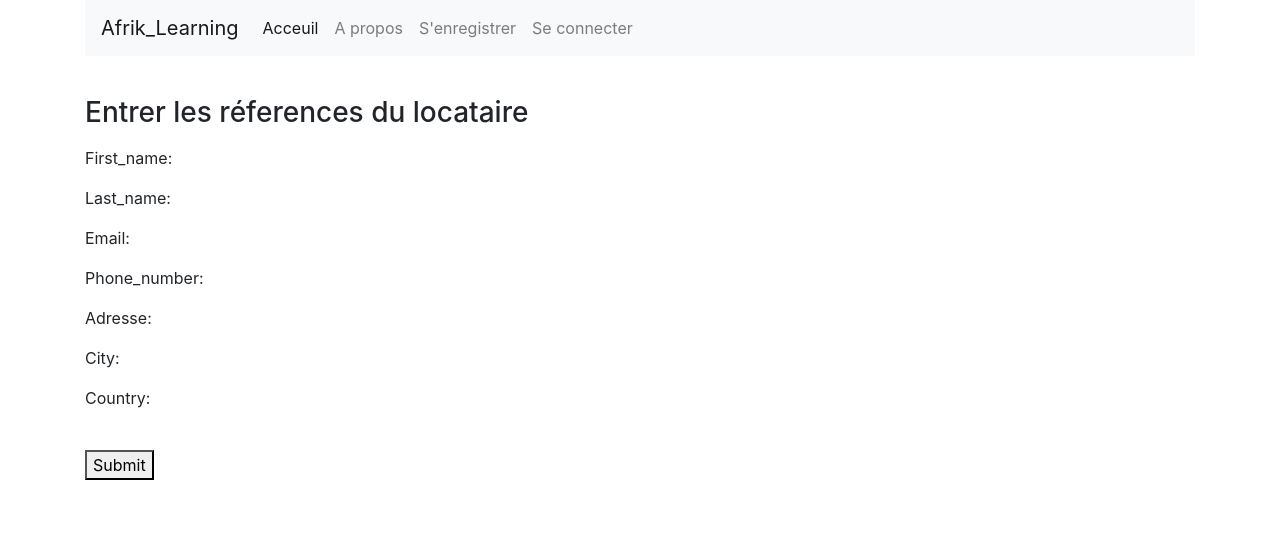
Repository: ZombreChristian/Di-Bootcamp
Page: http://localhost/
These files come from the project's save history. The page is drawn as it stood at one moment and after the next save; the edit follows.
The browser window is 1280 px wide. The pictures show the whole page.
Some web libraries are served in a nearby version. The page is served by the project's application, run on Django 4.2 (manage.py). Other server files are loaded and not shown.

Above is the page before, as saved 2023-01-06 16:54:47.

### Week-8/Day-5/exercice/Mini-projet/rent/templates/rent/ajoutclient.html
{% extends "base.html" %}
{% block content %}

<form method="POST" action="/index">
    {% csrf_token %}
    <div>
        <br>
        <p>
            <h3>Entrer les réferences du locataire</h3>
        </p>
        <div>
            <p>First_name:</p>{{form.}}
        </div>
        <div>
            <p>Last_name:</p>{{ form.prenom }}
        </div>
        <div>
            <p>Email:</p>{{ form.age }}
        </div>
        <div>
            <p>Phone_number:</p>{{ form.adresse }}
        </div>
        <div>
            <p>Adresse:</p>{{ form.locataireLoyer }}
        </div>
        <div>
            <p>City:</p>{{ form.locataireLoyer }}
        </div>
        <div>
            <p>Country:</p>{{ form.locataireLoyer }}
        </div>
        <div>
            <br>
            <button type="submit">Submit</button>
        </div>
    </div>
</form>


{% endblock content %}

### Week-8/Day-5/exercice/Mini-projet/rent/templates/base.html
<!DOCTYPE html>
<html lang="en">
<head>
    <link rel="stylesheet" href="https://cdn.jsdelivr.net/npm/bootstrap@4.0.0/dist/css/bootstrap.min.css" integrity="sha384-Gn5384xqQ1aoWXA+058RXPxPg6fy4IWvTNh0E263XmFcJlSAwiGgFAW/dAiS6JXm" crossorigin="anonymous">
    <meta charset="UTF-8">
    <meta http-equiv="X-UA-Compatible" content="IE=edge">
    <meta name="viewport" content="width=device-width, initial-scale=1.0">
    <title>Vente</title>
</head>
<body>
    <div class="container">
        <div class="row">
            <div class="col-md-12">
                <nav class="navbar navbar-expand-md navbar-light bg-light">
                    <a class="navbar-brand" href="#">Afrik_Learning</a>
                    <button class="navbar-toggler" type="button" data-toggle="collapse" data-target="#navbarNav" aria-controls="navbarNav" aria-expanded="false" aria-label="Toggle navigation">
                      <span class="navbar-toggler-icon"></span>
                    </button>
                    <div class="collapse navbar-collapse" id="navbarNav">
                      <ul class="navbar-nav">
                        <li class="nav-item active">
                          <a class="nav-link" href="#">Acceuil <span class="sr-only">(current)</span></a>
                        </li>
                        <li class="nav-item">
                          <a class="nav-link" href="#">A propos</a>
                        </li>
                        <li class="nav-item">
                          <a class="nav-link" href="#">S'enregistrer</a>
                        </li>
                        <li class="nav-item">
                          <a class="nav-link" href="#">Se connecter</a>
                        </li>
                        {% if user.is_authenticated  %}
                          <li class="nav-item">
                            <a class="nav-link" href="#">Lougout</a>
                          </li>
                        {% endif %}
                         <li class="nav-item">
                          <a class="nav-link" href="#">{{request.user.username}}</a>
                        </li>

                      </ul>
                    </div>
                  </nav>

            </div>
        </div>
        {% block content %}

        {% endblock content %}

    </div>







    <script src="https://code.jquery.com/jquery-3.2.1.slim.min.js" integrity="sha384-KJ3o2DKtIkvYIK3UENzmM7KCkRr/rE9/Qpg6aAZGJwFDMVNA/GpGFF93hXpG5KkN" crossorigin="anonymous"></script>
<script src="https://cdn.jsdelivr.net/npm/popper.js@1.12.9/dist/umd/popper.min.js" integrity="sha384-ApNbgh9B+Y1QKtv3Rn7W3mgPxhU9K/ScQsAP7hUibX39j7fakFPskvXusvfa0b4Q" crossorigin="anonymous"></script>
<script src="https://cdn.jsdelivr.net/npm/bootstrap@4.0.0/dist/js/bootstrap.min.js" integrity="sha384-JZR6Spejh4U02d8jOt6vLEHfe/JQGiRRSQQxSfFWpi1MquVdAyjUar5+76PVCmYl" crossorigin="anonymous"></script>
</body>
</html>

### Week-8/Day-5/exercice/Mini-projet/rent/forms.py
from django import forms
from rent.models import Client, Vehicule, TypeVehicule, TailleVehicule , Location , TarifLocation


class ClientForm(forms.ModelForm):

    class Meta:
        model = Client
        fields = '__all__'


class VehiculeForm(forms.ModelForm):

    class Meta:
        model = Vehicule
        fields = '__all__'


class LocationForm(forms.ModelForm):

    class Meta:
        model = Location
        fields = '__all__'

### Week-8/Day-5/exercice/Mini-projet/rent/models.py
from django.db import models

# Create your models here.

class Client(models.Model):
    first_name = models.CharField(max_length=100)
    last_name = models.CharField(max_length=150)
    email = models.CharField(max_length=50)
    phone_number = models.IntegerField()
    address = models.TextField(max_length=50)
    city = models.CharField(max_length=50)
    country = models.CharField(max_length=50)

    def __str__(self):
        return self.first_name

    class Meta:
        ordering = ['first_name','last_name']




class TypeVehicule(models.Model):
    name = models.CharField(max_length=50)

    def __str__(self):
        return self.name




class TailleVehicule(models.Model):
    name = models.CharField(max_length=50)

    def __str__(self):
        return self.name





class Vehicule(models.Model):
    vehicule_type = models.ForeignKey(TypeVehicule, related_name=("Type"), on_delete=models.CASCADE)
    date_created = models.DateTimeField(auto_now_add=True)
    prix = models.FloatField()
    taille = models.ForeignKey(TailleVehicule, related_name=("Taille"), on_delete=models.CASCADE)

    def __str__(self):
        return self.vehicule_type


class Location(models.Model):
    date_location = models.DateTimeField(auto_now_add=True)
    date_retour = models.DateTimeField(auto_now_add = True,null=True )
    client = models.ForeignKey(Client, related_name=("Client"), on_delete=models.CASCADE)
    vehicule = models.ForeignKey(Vehicule, related_name=("Vehicule"), on_delete=models.CASCADE)


    class Meta:
        ordering = ['date_location']



class TarifLocation(models.Model):
    tarif_jour = models.FloatField()
    type_vehicule = models.ForeignKey(TypeVehicule, on_delete=models.CASCADE)
    taille_vehicule = models.ForeignKey(TailleVehicule, on_delete=models.CASCADE)

### Week-8/Day-5/exercice/Mini-projet/rent/views.py
from django.shortcuts import render
from rent.models import Client, Vehicule, TypeVehicule, TailleVehicule , Location , TarifLocation
from rent.forms import ClientForm, VehiculeForm, LocationForm

# Create your views here.
def ajouterclient(request):
    #recuperer et afficher les données
    clients = Client.objects.all()


    #test si la request est une soumission
    if request.method == 'POST':
        #on initialise le formulaire avec
        form = ClientForm(request.POST)

        if form.is_valid():
            #on enregitre
            form.save()
         #on reinitialise le formulaire vide avec
            form = ClientForm()
    else :
        #sinon on  reinitialise le formulaire vide avec
        form = ClientForm()

    context = {"Clients":clients,"form":form}

    return render(request,'rent/ajoutclient.html',context)

### Week-8/Day-5/exercice/Mini-projet/bike_store/urls.py
"""bike_store URL Configuration

The `urlpatterns` list routes URLs to views. For more information please see:
    https://docs.djangoproject.com/en/4.1/topics/http/urls/
Examples:
Function views
    1. Add an import:  from my_app import views
    2. Add a URL to urlpatterns:  path('', views.home, name='home')
Class-based views
    1. Add an import:  from other_app.views import Home
    2. Add a URL to urlpatterns:  path('', Home.as_view(), name='home')
Including another URLconf
    1. Import the include() function: from django.urls import include, path
    2. Add a URL to urlpatterns:  path('blog/', include('blog.urls'))
"""
from django.contrib import admin
from django.urls import path ,include
from django.conf import settings
from django.conf.urls.static import static

urlpatterns = [
    path('admin/', admin.site.urls),
    path('', include('rent.urls')),
]
urlpatterns+= static(settings.MEDIA_URL,document_root = settings.MEDIA_ROOT)

### Week-8/Day-5/exercice/Mini-projet/rent/urls.py
from django.contrib import admin
from django.urls import path
from . import views

urlpatterns = [
    path('',views.ajouterclient ,name='ajouterclient'),
]

After the next save:
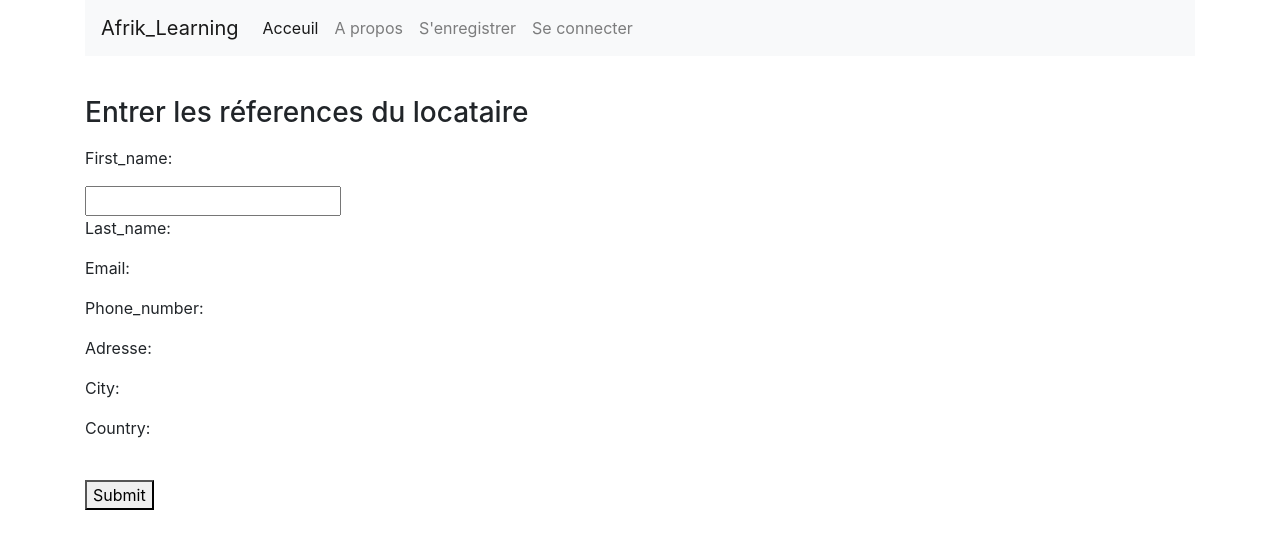
Saved 16 s later.
--- a/Week-8/Day-5/exercice/Mini-projet/rent/templates/rent/ajoutclient.html
+++ b/Week-8/Day-5/exercice/Mini-projet/rent/templates/rent/ajoutclient.html
@@ -9,10 +9,10 @@
             <h3>Entrer les réferences du locataire</h3>
         </p>
         <div>
-            <p>First_name:</p>{{form.}}
+            <p>First_name:</p>{{form.first_name}}
         </div>
         <div>
-            <p>Last_name:</p>{{ form.prenom }}
+            <p>Last_name:</p>{{ form.last_ }}
         </div>
         <div>
             <p>Email:</p>{{ form.age }}
